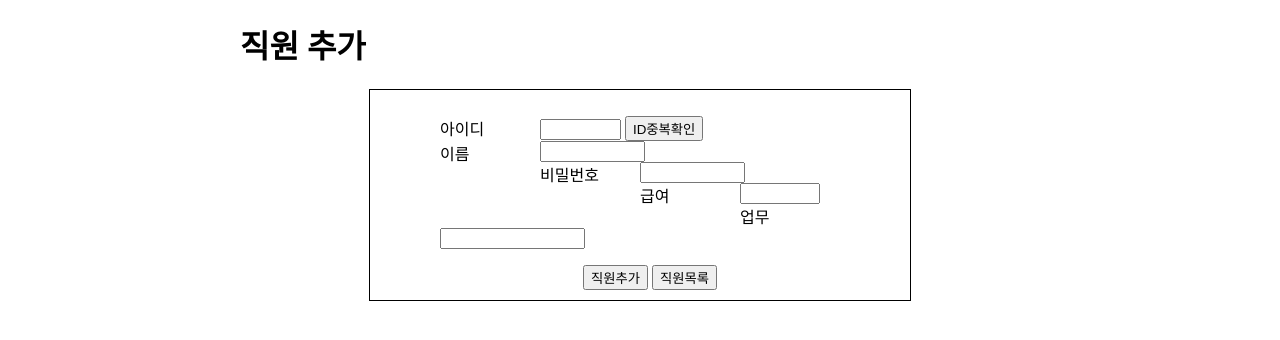
Repository: coolSummer1119/study
Page: http://localhost/ch03_Jsp/ch19_employee/InsertForm.jsp
An editor plug-in stored every save of this project. The page is shown before and after the next save, followed by the edit.
The browser window is 1280 px wide. The pictures show the whole page.
The page is served by Tomcat 9. Other server files are loaded and not shown.

Above is the page before, as saved 2024-05-02 07:03:58.
Console error: ReferenceError: $ is not defined

### workspace/ch03_Jsp/src/main/webapp/ch19_employee/InsertForm.jsp
<%@ page language="java" contentType="text/html; charset=UTF-8"
    pageEncoding="UTF-8"%>
<!DOCTYPE html>
<html>
<head>
<meta charset="UTF-8">
<title>직원 추가</title>
<link rel="stylesheet" href="<%= request.getContextPath() %>/CSS/style.css" type="text/css">
<script type="text/javascript">
$(document).ready(function(){
	let count = 0;


	$('#insert_form').submit(function(){
		const items=document.querySelectorAll('.input-check');
		for(let i=0;i<items.length;i++){
			if(items[i].value.trim()==''){
				const label = document.querySelector('label[for="'+items[i].id+'"]');
				alert(label.textContent+' 항목은 필수 입력');
				items[i].value='';
				items[i].focus();
				return false;
			}
			if(items[i].id == 'id'&&count==0){
				alert('아이디 중복체크 필수');
				return false;
			}
		}
	});
});
</script>
</head>
<body>
<div class="page-main">
<h1>직원 추가</h1>
	<form id="insert_form" action="insert.jsp" method="post">
		<ul>
			<li>
				<label for="id">아이디</label>
				<input type="text" id="id" name="id" class="input-check" size="7" autocomplete="off" maxlength="12">
				<input type="button" id="confirm_id" value="ID중복확인">
				<span id="id_signed"></span>
			</li>
			<li>
				<label for="name">이름</label>
				<input type="text" id="name" name="name" class="input-check" size="10" maxlength="12">
			</li>
			<li>
				<label for="passwd">비밀번호</label>
				<input type="password" id="passwd" name="passwd" class="input-check" size="10" maxlength="12">
			</li>
			<li>
				<label for="salary">급여</label>
				<input type="number" id="salary" name="salary" class="input-check" max="10000" min="0">
			</li>
			<li>
				<label for="job">업무</label>
				<input type="text" id="job" name="job" class="input-check" size="15" maxlength="12">
			</li>
		</ul>
		<div class="align-center">
			<input type="submit" value="직원추가">
			<input type="button" value="직원목록" onclick="location.href='list.jsp'">
		</div>
	</form>
</div>
</body>
</html>

### workspace/ch03_Jsp/src/main/webapp/CSS/style.css
@charset "UTF-8";


body{
	padding: 0;
	margin: 0;
}
.page-main{
	width: 800px;
	margin: 0 auto;/* 중앙정렬 */

}
.result-display{
	width: 400px;
	height: 200px;
	margin: 50px auto;
	border: 1px solid #000;
	display: flex;
	align-content: center;/* 세로정렬 */
	justify-content: center;/* 가로정렬 */

}
.align-center{
	text-align: center;
}
.align-right{
	text-align: right;
}
/* 목록 */
table{
	width: 100%;
	border: 1px solid #000;
	border-collapse: collapse;
	margin-top: 5px;
}
table td, table th{
	border: 1px solid #000;
	padding: 5px;
}
/* 등록, 수정폼 */
form{
	width: 500px;
	margin: 0 auto;
	border: 1px solid #000;
	padding: 10px 10px 10px 30px;
}
ul{
	list-style: none;
}
label {
	width: 100px;
	float: left; /* 태그를 왼쪽으로 정렬 */
}

After the next save:
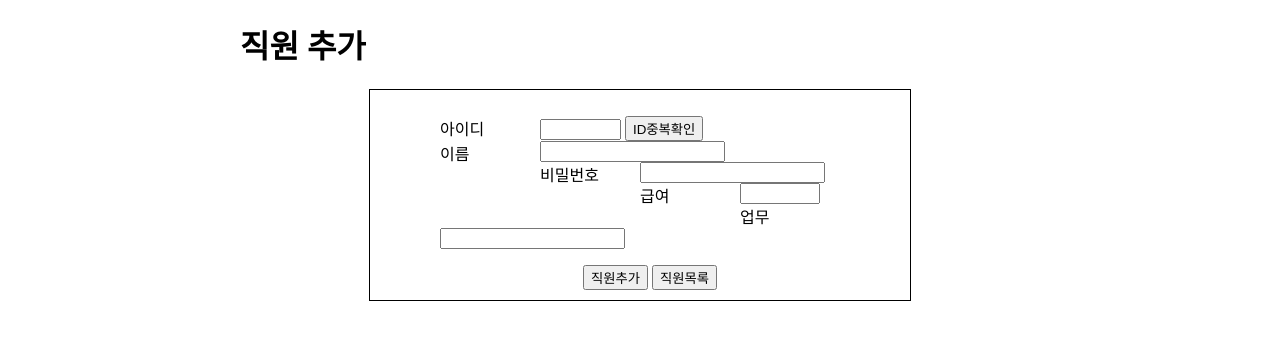
Saved 17 s later.
--- a/workspace/ch03_Jsp/src/main/webapp/ch19_employee/InsertForm.jsp
+++ b/workspace/ch03_Jsp/src/main/webapp/ch19_employee/InsertForm.jsp
@@ -43,11 +43,11 @@ $(document).ready(function(){
 			</li>
 			<li>
 				<label for="name">이름</label>
-				<input type="text" id="name" name="name" class="input-check" size="10" maxlength="12">
+				<input type="text" id="name" name="name" class="input-check"  maxlength="12">
 			</li>
 			<li>
 				<label for="passwd">비밀번호</label>
-				<input type="password" id="passwd" name="passwd" class="input-check" size="10" maxlength="12">
+				<input type="password" id="passwd" name="passwd" class="input-check"  maxlength="12">
 			</li>
 			<li>
 				<label for="salary">급여</label>
@@ -55,7 +55,7 @@ $(document).ready(function(){
 			</li>
 			<li>
 				<label for="job">업무</label>
-				<input type="text" id="job" name="job" class="input-check" size="15" maxlength="12">
+				<input type="text" id="job" name="job" class="input-check"  maxlength="12">
 			</li>
 		</ul>
 		<div class="align-center">
